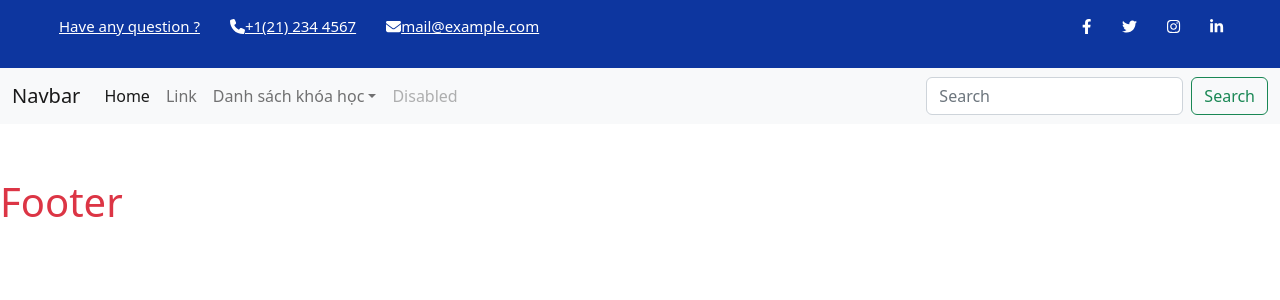
Repository: Gura9891/Lastcapstone
Page: /
An editor plug-in stored every save of this project. The page is shown before and after the next save, followed by the edit.
The browser window is 1280 px wide. The pictures show the whole page.
The project was rebuilt for these pictures with package versions that can differ from the ones it lists, and the page was loaded fresh each time.

Above is the page before, as saved 2022-10-06 12:56:23.

### src/index.tsx
import React from "react";
import ReactDOM from "react-dom/client";
import { Provider } from "react-redux";
import { BrowserRouter, Routes, Route } from "react-router-dom";
import { store } from "./redux/configStore";
import HomeTemplate from "./templates/HomeTemplate";
import "./assets/scss/style.scss";

const root = ReactDOM.createRoot(
  document.getElementById("root") as HTMLElement
);
root.render(
  <Provider store={store}>
    <BrowserRouter>
      <Routes>
        <Route path="" element={<HomeTemplate />}></Route>
      </Routes>
    </BrowserRouter>
  </Provider>
);

### src/redux/configStore.tsx
import {configureStore, PayloadAction} from "@reduxjs/toolkit";
import { type } from "@testing-library/user-event/dist/type";
import { Store } from "antd/lib/form/interface";


export const store = configureStore ({
    reducer: {

    }
})

export type RootState = ReturnType<typeof store.getState>
export type AppDispatch = typeof store.dispatch

### src/templates/HomeTemplate.tsx
import React from "react";
import {Outlet} from "react-router-dom";
import Footer from "../Component/FooterLayout/Footer";
import Header from "../Component/HeaderLayout/Header";

type Props = {};

export default function HomeTemplate({}: Props) {
  return (
    <>
     <Header />
     <Outlet />
     <Footer />
    </>
  );
}

### src/assets/scss/style.scss
@import "./variables/variables";
@import "./base/index";

### src/Component/FooterLayout/Footer.tsx
import React from 'react'

type Props = {}

function Footer({}: Props) {
  return (
    <div className='text-danger fs-1 mt-5' >Footer</div>
  )
}

export default Footer

### src/Component/HeaderLayout/Header.tsx
import React from "react";

type Props = {};

export default function Header({}: Props) {
  return (
    <div className="header">
      {/* top header */}
      <section className="w3l-top-header">
        <div className="container-fluid">
          <div className="top-content-w3ls d-flex align-items-center justify-content-between">
            <div className="top-headers">
              <ul>
                <li>
                  <a href="#help" className="d-sm-block d-none">
                    Have any question ?
                  </a>
                </li>
                <li>
                  <i className="fa fa-phone" />
                  <a href="tel:+1(21) 234 4567">+1(21) 234 4567</a>
                </li>
                <li>
                  <i className="fa fa-envelope" />
                  <a href="mailto:mail@example.com">mail@example.com</a>
                </li>
              </ul>
            </div>
            <div className="top-headers top-headers-2">
              <ul>
                <li>
                  <a href="#facebook">
                    <span />
                    <i className="fa-brands fa-facebook-f" />
                  </a>
                </li>
                <li>
                  <a href="#twitter">
                    <span />
                    <i className="fa-brands fa-twitter" />
                  </a>
                </li>
                <li>
                  <a href="#instagram">
                    <span />
                    <i className="fa-brands fa-instagram" />
                  </a>
                </li>
                <li className="mr-0">
                  <a href="#linkedin">
                    <span />
                    <i className="fa-brands fa-linkedin-in" />
                  </a>
                </li>
              </ul>
            </div>
          </div>
        </div>
      </section>
      {/* //top header */}

      {/* header */}
    <nav className="navbar navbar-expand-lg navbar-light bg-light">
  <div className="container-fluid">
    <a className="navbar-brand" href="#">Navbar</a>
    <button className="navbar-toggler" type="button" data-bs-toggle="collapse" data-bs-target="#navbarSupportedContent" aria-controls="navbarSupportedContent" aria-expanded="false" aria-label="Toggle navigation">
      <span className="navbar-toggler-icon" />
    </button>
    <div className="collapse navbar-collapse" id="navbarSupportedContent">
      <ul className="navbar-nav me-auto mb-2 mb-lg-0">
        <li className="nav-item">
          <a className="nav-link active" aria-current="page" href="#">Home</a>
        </li>
        <li className="nav-item">
          <a className="nav-link" href="#">Link</a>
        </li>
        <li className="nav-item dropdown">
          <a className="nav-link dropdown-toggle" href="#" id="navbarDropdown" role="button" data-bs-toggle="dropdown" aria-expanded="false">
            Danh sách khóa học
          </a>
          <ul className="dropdown-menu" aria-labelledby="navbarDropdown">
            <li><a className="dropdown-item" href="#">Action</a></li>
            <li><a className="dropdown-item" href="#">Another action</a></li>
            <li><hr className="dropdown-divider" /></li>
            <li><a className="dropdown-item" href="#">Something else here</a></li>
          </ul>
        </li>
        <li className="nav-item">
          <a className="nav-link disabled" href="#" tabIndex={-1} aria-disabled="true">Disabled</a>
        </li>
      </ul>
      <form className="d-flex">
        <input className="form-control me-2" type="search" placeholder="Search" aria-label="Search" />
        <button className="btn btn-outline-success" type="submit">Search</button>
      </form>
    </div>
  </div>
</nav>

      {/* header */}
    </div>
  );
}

### src/assets/scss/variables/_variables.scss
$theme-color: #e40000;
$primary-color: #0d369f;
$primary-light: #fcf1e7;
$primary-dark: #ffc945;
$secondary-color: #ff6e65;
$font-color: #707070;
$bg-color: #fff;
$bg-color-2: #fff;
$heading-color: #060606;
$footer-color: #060e1f;
$footer-cpy-color: #040a17;
$border-radius: 30px;
$border-radius-full: 15px;
$border-color: transparent;
$border-color-light: #eee;
// $iframe-filter: grayscale(0%);
$bg-grey: #f9f9f9;
$bg-light: #f8f9ff;
$bg-dark-color: #fff;
$quote-text-color: #1d2c4c;
$paceholder-color-search: #6c757d;
// $bg-color-li: rgb(13 54 159 / 9%);
// $box-shadow-color: rgb(4 20 69 / 10%);
$logo-color: #0d369f;

### src/assets/scss/base/_index.scss
/* top header */
.w3l-top-header {
    background: $primary-color;
    padding: 14px 15px;
  }

  .w3l-top-header .top-headers li a,
  .w3l-top-header .top-headers li {
    color: #fff;
    font-size: 15px;
    font-weight: 500;
  }

  .w3l-top-header .top-headers li a:hover {
    color: $secondary-color;
  }

  .w3l-top-header .top-headers li i {
    margin-right: 8px;
  }

  .w3l-top-header .top-headers li {
    display: inline-block;
    margin-right: 2em;
  }

  @media only screen and (max-width: 780px) {
    .w3l-top-header .top-headers li {
      margin-right: 1em;
    }
  }

  @media only screen and (max-width: 680px) {
    .top-content-w3ls {
      display: block !important;
    }

    .top-headers-2 {
      margin-top: 4px;
    }

    .top-headers {
      text-align: center;
    }

    .w3l-top-header {
      padding: 14px 0px;
    }
  }

  @media only screen and (max-width:390px) {
    .w3l-top-header .top-headers li {
      margin-right: .5em;
    }
  }

  @media only screen and (max-width:380px) {
    .cont-ser-position {
      top: 17px;
    }

    .w3l-top-header .top-headers li i {
      margin-right: 4px;
    }
  }

  /* //top header */



  /* header */

  /* //header  */

Loaded but not shown: public/index.html (common file)

After the next save:
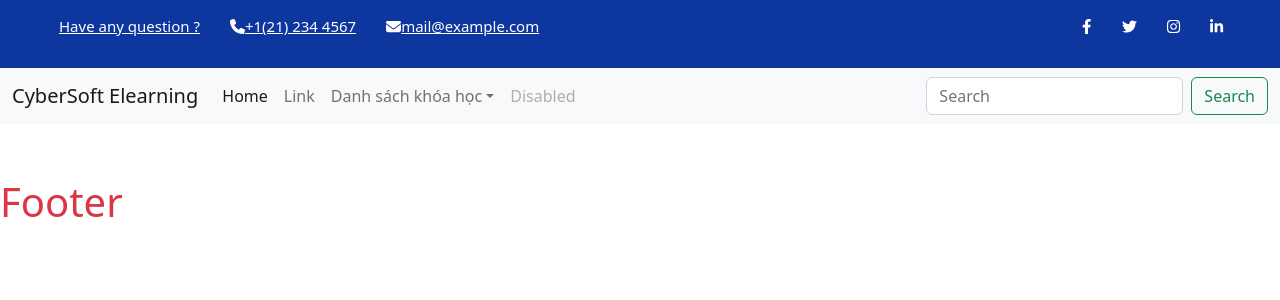
Saved 13 s later.
--- a/src/Component/HeaderLayout/Header.tsx
+++ b/src/Component/HeaderLayout/Header.tsx
@@ -62,7 +62,7 @@ export default function Header({}: Props) {
       {/* header */}
     <nav className="navbar navbar-expand-lg navbar-light bg-light">
   <div className="container-fluid">
-    <a className="navbar-brand" href="#">Navbar</a>
+    <a className="navbar-brand" href="#">CyberSoft Elearning</a>
     <button className="navbar-toggler" type="button" data-bs-toggle="collapse" data-bs-target="#navbarSupportedContent" aria-controls="navbarSupportedContent" aria-expanded="false" aria-label="Toggle navigation">
       <span className="navbar-toggler-icon" />
     </button>
